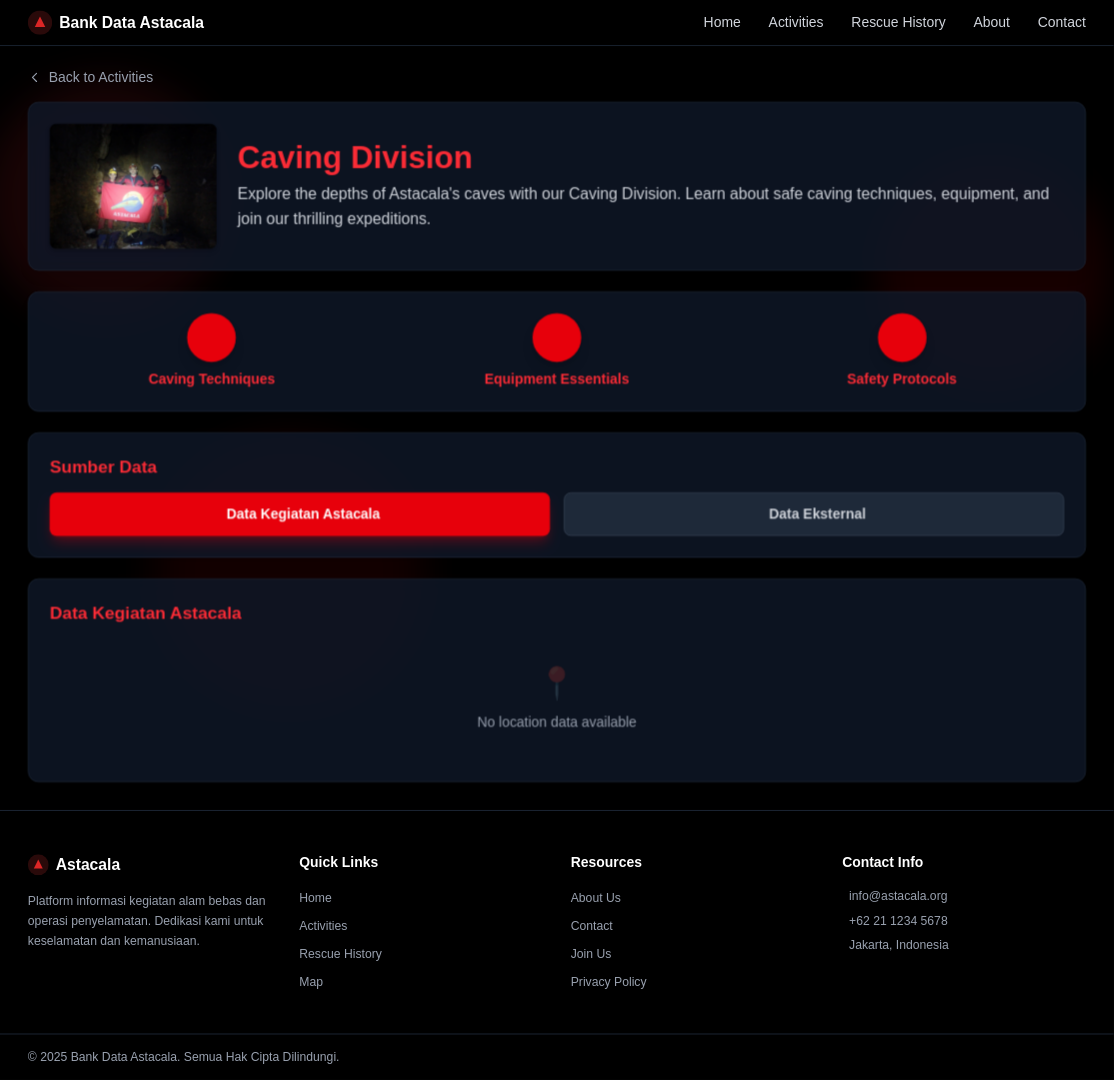
Repository: Adriankf59/bankdata_astacala
Page: /activities/caving
The author's editor kept a copy of each file at every save. The page is drawn from the files as they stood at one save, then again after the next save.
The browser window is 1280 px wide. The pictures show the whole page, at 87% of full size.
The page's requests for data from a server got no answer. The project was rebuilt for these pictures with package versions that can differ from the ones it lists, and the page was loaded fresh each time. Some packages were replaced by stand-ins written for this rebuild. The framework's server and built-in components were replaced by stand-ins that run in the browser. No one was signed in, and anything a server would have sent is missing. Also part of the build but not shown: next.config.mjs.

Above is the page before, as saved 2025-06-20 15:41:34.

After the next save:
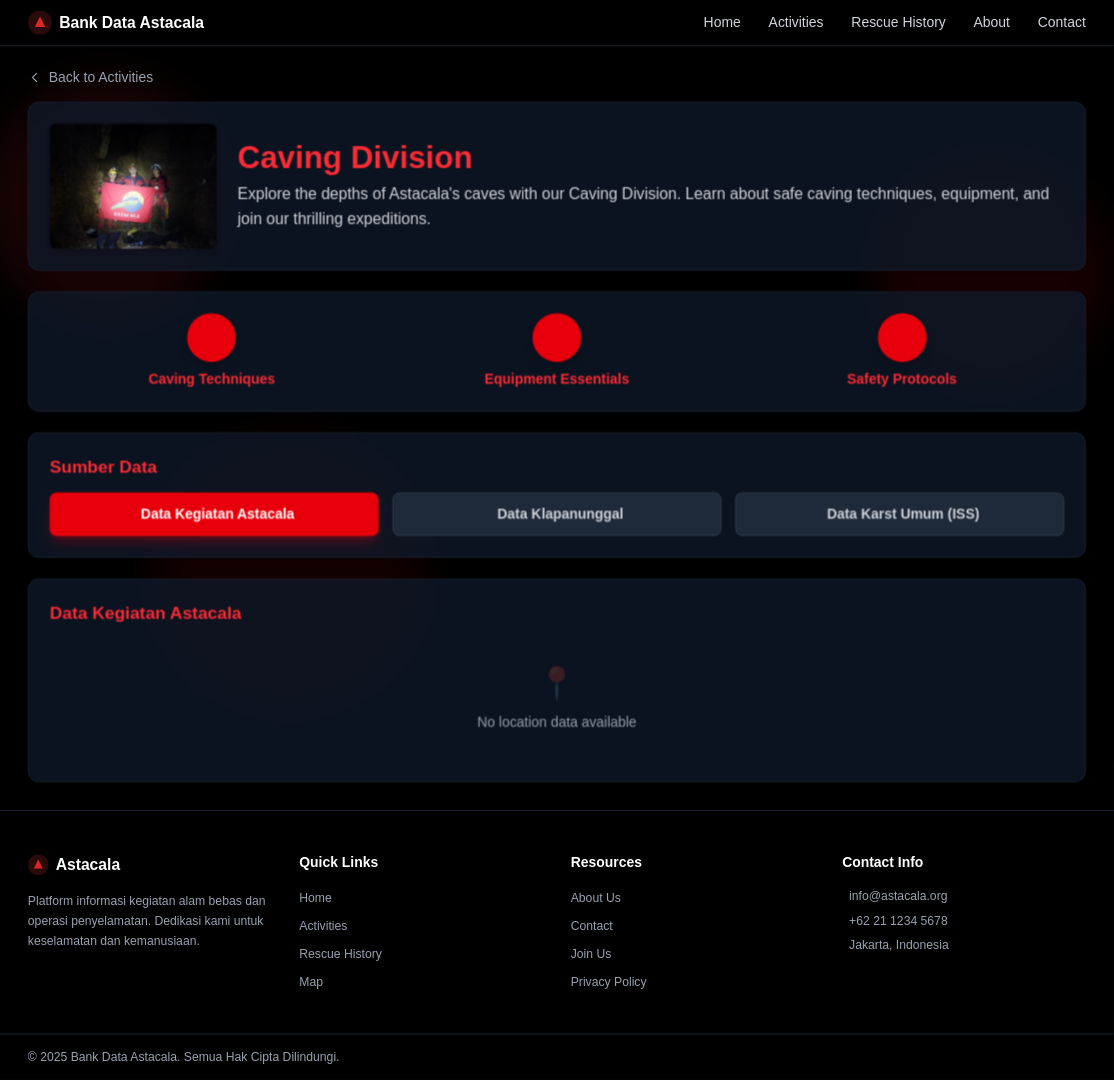
Saved 10 min 6 s later.
--- a/pages/activities/[type].js
+++ b/pages/activities/[type].js
@@ -112,7 +112,7 @@ const activitiesData = {
   },
 };
 
-export default function ActivityDetail({ type, astacalaData, externalData }) {
+export default function ActivityDetail({ type, astacalaData, externalData, issData }) {
   const router = useRouter();
   const [dataSource, setDataSource] = useState('astacala');
 
@@ -199,6 +199,20 @@ export default function ActivityDetail({ type, astacalaData, externalData }) {
         ],
         rows: externalData.data || []
       };
+    } else if (dataSource === 'iss' && issData) {
+      activity.table = {
+        columns: [
+          { key: 'nama_potensi_karst', label: 'Nama Potensi Karst' },
+          { key: 'deskripsi', label: 'Deskripsi' },
+          { key: 'lat', label: 'Latitude' },
+          { key: 'long', label: 'Longitude' },
+          { key: 'sumber_data', label: 'Sumber Data' },
+          { key: 'jenis_potensi_karst', label: 'Jenis Potensi Karst' },
+          { key: 'type_gua', label: 'Tipe Gua' },
+          { key: 'status_pemetaan_gua', label: 'Status Pemetaan' },
+        ],
+        rows: issData.data || []
+      };
     }
   }
 
@@ -265,7 +279,7 @@ export default function ActivityDetail({ type, astacalaData, externalData }) {
           {type === 'caving' && (
             <div className="bg-gray-900/80 backdrop-blur-sm rounded-xl shadow-lg p-4 sm:p-6 mb-6 border border-gray-800">
               <h2 className="text-lg sm:text-xl font-bold mb-4 text-red-500">Sumber Data</h2>
-              <div className="grid grid-cols-1 sm:grid-cols-2 gap-3 sm:gap-4">
+              <div className="grid grid-cols-1 sm:grid-cols-3 gap-3 sm:gap-4">
                 <button
                   onClick={() => setDataSource('astacala')}
                   className={`px-4 py-3 rounded-lg font-semibold transition-all duration-300 transform hover:scale-105 ${
@@ -286,7 +300,18 @@ export default function ActivityDetail({ type, astacalaData, externalData }) {
                   }`}
                 >
                   <i className="fas fa-database mr-2"></i>
-                  Data Eksternal
+                  Data Klapanunggal
+                </button>
+                <button
+                  onClick={() => setDataSource('iss')}
+                  className={`px-4 py-3 rounded-lg font-semibold transition-all duration-300 transform hover:scale-105 ${
+                    dataSource === 'iss'
+                      ? 'bg-red-600 text-white shadow-lg shadow-red-600/30'
+                      : 'bg-gray-800 text-gray-300 hover:bg-gray-700 border border-gray-700'
+                  }`}
+                >
+                  <i className="fas fa-globe mr-2"></i>
+                  Data Karst Umum (ISS)
                 </button>
               </div>
             </div>
@@ -297,7 +322,7 @@ export default function ActivityDetail({ type, astacalaData, externalData }) {
             <div className="flex flex-col sm:flex-row sm:items-center sm:justify-between mb-4 gap-2">
               <h2 className="text-lg sm:text-xl font-bold text-red-500">
                 {type === 'caving'
-                  ? (dataSource === 'astacala' ? 'Data Kegiatan Astacala' : 'Data Eksternal')
+                  ? (dataSource === 'astacala' ? 'Data Kegiatan Astacala' : dataSource === 'external' ? 'Data Klapanunggal' : 'Data Karst Umum (ISS)')
                   : 'Lokasi Kegiatan'
                 }
               </h2>
@@ -350,6 +375,20 @@ export default function ActivityDetail({ type, astacalaData, externalData }) {
                                     <i className="fas fa-map-marker-alt mr-1"></i>
                                     {row[col.key]}
                                   </a>
+                                ) : (col.key === 'lat' || col.key === 'long') && row.lat && row.long ? (
+                                  col.key === 'lat' ? (
+                                    <a
+                                      href={`https://www.google.com/maps/search/?api=1&query=${row.lat},${row.long}`}
+                                      target="_blank"
+                                      rel="noopener noreferrer"
+                                      className="text-blue-400 hover:text-blue-300 transition-colors"
+                                    >
+                                      <i className="fas fa-map-marker-alt mr-1"></i>
+                                      {row[col.key]}
+                                    </a>
+                                  ) : (
+                                    <span>{row[col.key]}</span>
+                                  )
                                 ) : (
                                   <span className={!row[col.key] ? 'text-gray-500 italic' : ''}>
                                     {row[col.key] || 'N/A'}
@@ -434,10 +473,15 @@ export async function getStaticProps({ params }) {
 
   let astacalaData = null;
   let externalData = null;
+  let issData = null;
+
+  // Use the same baseURL as map.js
+  const baseURL = 'http://52.64.175.183';
 
   if (type === 'rock-climbing') {
     try {
-      const res = await fetch('http://ec2-13-239-62-109.ap-southeast-2.compute.amazonaws.com/items/rock_climbing');
+      // Use the same endpoint as map.js for rock climbing
+      const res = await fetch(`${baseURL}/items/rc_astacala?limit=-1`);
       astacalaData = await res.json();
     } catch (error) {
       console.error('Failed to fetch rock climbing data:', error);
@@ -446,11 +490,17 @@ export async function getStaticProps({ params }) {
 
   if (type === 'caving') {
     try {
-      const astRes = await fetch('http://ec2-13-239-62-109.ap-southeast-2.compute.amazonaws.com/items/caving_ast');
+      // Fetch Astacala cave data - same as map.js
+      const astRes = await fetch(`${baseURL}/items/caving_astacala?limit=-1`);
       astacalaData = await astRes.json();
 
-      const extRes = await fetch('http://ec2-13-239-62-109.ap-southeast-2.compute.amazonaws.com/items/caves?limit=-1');
+      // Fetch Klapanunggal cave data - same as map.js
+      const extRes = await fetch(`${baseURL}/items/caving_klapanunggal?limit=-1`);
       externalData = await extRes.json();
+
+      // Fetch ISS cave data - same as map.js
+      const issRes = await fetch(`${baseURL}/items/caving_data_iss?limit=-1`);
+      issData = await issRes.json();
     } catch (error) {
       console.error('Failed to fetch caving data:', error);
     }
@@ -460,8 +510,9 @@ export async function getStaticProps({ params }) {
     props: {
       type,
       astacalaData,
-      externalData
+      externalData,
+      issData
     },
-    revalidate: 60,
+    revalidate: 3600, // Same as map.js - revalidate every hour
   };
 }
